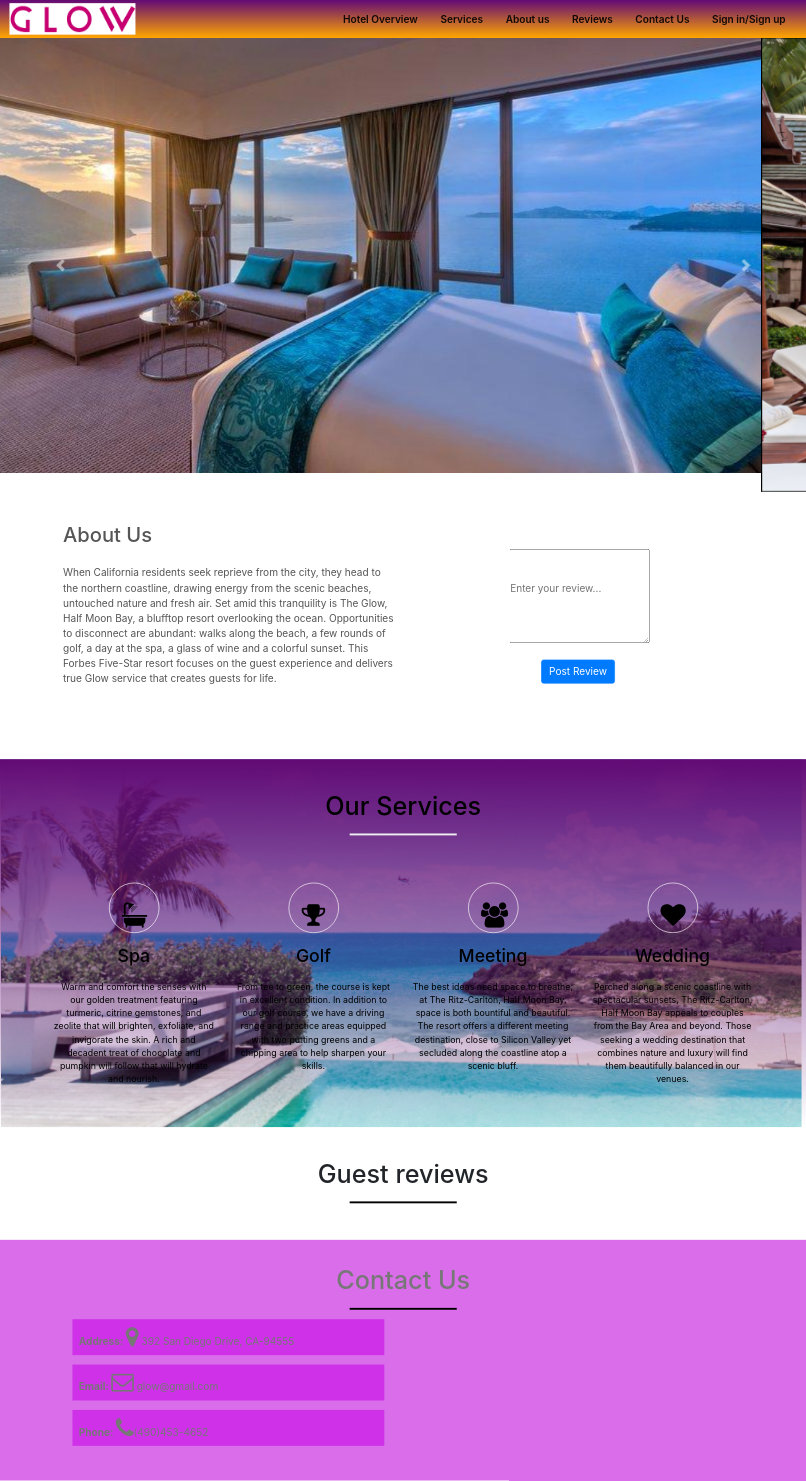
Repository: M-p1998/solo-dojo-project
Page: http://localhost/hotel/WEB-INF/hotel/home.jsp
An editor plug-in stored every save of this project. The page is shown before and after the next save, followed by the edit.
The browser window is 1280 px wide. The pictures show the whole page, at 63% of full size.
Backgrounds fixed to the window are drawn as part of the page. Some web libraries are served in a nearby version. The page is served by Tomcat 9. Nobody is signed in. Other server files are loaded and not shown. The template is opened directly, without the code that normally fills it, so the values that code supplies are empty.

Above is the page before, as saved 2022-02-13 20:04:44.

### hotel/src/main/webapp/WEB-INF/hotel/home.jsp
<%@ page language="java" contentType="text/html; charset=UTF-8"
	pageEncoding="UTF-8"%>
<%@ taglib prefix="c" uri="http://java.sun.com/jsp/jstl/core"%>
<%@ taglib prefix="form" uri="http://www.springframework.org/tags/form"%>
<!DOCTYPE html>
<html>
<head>
<meta charset="UTF-8">

<link href="/css/home.css" rel="stylesheet" type="text/css">
<link rel="stylesheet"
	href="https://stackpath.bootstrapcdn.com/bootstrap/4.3.1/css/bootstrap.min.css">
<script src="https://code.jquery.com/jquery-3.2.1.slim.min.js"></script>
<script
	src="https://cdnjs.cloudflare.com/ajax/libs/popper.js/1.12.9/umd/popper.min.js"></script>
<script
	src="https://maxcdn.bootstrapcdn.com/bootstrap/4.0.0/js/bootstrap.min.js"></script>
<link rel="stylesheet"
	href="https://stackpath.bootstrapcdn.com/font-awesome/4.7.0/css/font-awesome.min.css">

<title>Hotel Glow</title>
</head>
<body>

	<section id="nav-bar">
		<nav class="navbar navbar-expand-lg navbar-light">
			<div class="container-fluid">
				<a class="navbar-brand" href="#"><img src="/image/hotelLogo.png"
					width="200" height="50"></a>

				<div class="collapse navbar-collapse" id="navbarNav">
					<ul class="navbar-nav ml-auto">
						<li class="nav-item active "><a class="nav-link" href="#">Hotel
								Overview</a></li>
						<li class="nav-item active "><a class="nav-link"
							href="#services">Services</a></li>
						<li class="nav-item active"><a class="nav-link" href="#about">About
								us</a></li>
						<li class="nav-item active"><a class="nav-link"
							href="#reviews">Reviews</a></li>
						<li class="nav-item active"><a class="nav-link"
							href="#contact">Contact Us</a></li>
						<li class="nav-item active"><a class="nav-link"
							href="/registration">Sign in/Sign up</a></li>
					</ul>
				</div>
			</div>
		</nav>
	</section>

	<div id="slider">
		<div id="headerSlider" class="carousel slide" data-ride="carousel">
			<ol class="carousel-indicators">
				<li data-target="#headerSlider" data-slide-to="0"></li>
				<li data-target="#headerSlider" data-slide-to="1"></li>
				<li data-target="#headerSlider" data-slide-to="2"></li>
			</ol>
			<div class="carousel-inner">
				<div class="carousel-item active">
					<img src="/image/img2.jpg" class="d-block w-100">
				</div>
				<div class="carousel-item">
					<img src="/image/img3.jpg" class="d-block w-100">
				</div>
				<div class="carousel-item">
					<img src="/image/h4.jpg" class="d-block w-100">
				</div>
			</div>
			<a class="carousel-control-prev" role="button" href="#headerSlider"
				data-slide="prev"> <span class="carousel-control-prev-icon"
				aria-hidden="true"></span> <span class="sr-only">Previous</span>
			</a> <a class="carousel-control-next" role="button" href="#headerSlider"
				data-slide="next"> <span class="carousel-control-next-icon"
				aria-hidden="true"></span> <span class="sr-only">Next</span>
			</a>
		</div>
	</div>

	<section id="about">
		<div class="container">
			<div class="d-flex">
				<div class="col-md-6">
					<h2>About Us</h2>
					<div class="about-content">When California residents seek
						reprieve from the city, they head to the northern coastline,
						drawing energy from the scenic beaches, untouched nature and fresh
						air. Set amid this tranquility is The Glow, Half Moon Bay, a
						blufftop resort overlooking the ocean. Opportunities to disconnect
						are abundant: walks along the beach, a few rounds of golf, a day
						at the spa, a glass of wine and a colorful sunset. This Forbes
						Five-Star resort focuses on the guest experience and delivers true
						Glow service that creates guests for life.</div>
				</div>
				<div class="col-md-4 text-center">
					<form:form action="/createReviews" method="post"
						modelAttribute="PostAReview">
						<form:label path="reviews"></form:label>
						<form:errors path="reviews" class="text-danger"
							style="font-size: 20px" />
						<form:textarea class="textarea" placeholder="Enter your review..."
							path="reviews" />
						<a href="/reviews"><button class="reviewBtn btn btn-primary">Post
								Review</button></a>
					</form:form>
				</div>
			</div>
		</div>
	</section>

	<!-- services -->
	<section id="services">
		<div class="container">
			<h1>Our Services</h1>
			<div class="row services">
				<div class="col-md-3 text-center">
					<div class="icon">
						<i class="fa fa-bath"></i>
					</div>
					<h3>Spa</h3>
					<p>Warm and comfort the senses with our golden treatment
						featuring turmeric, citrine gemstones, and zeolite that will
						brighten, exfoliate, and invigorate the skin. A rich and decadent
						treat of chocolate and pumpkin will follow that will hydrate and
						nourish.</p>
				</div>
				<div class="col-md-3 text-center">
					<div class="icon">
						<i class="fa fa-trophy"></i>
					</div>
					<h3>Golf</h3>
					<p>From tee to green, the course is kept in excellent
						condition. In addition to our golf course, we have a driving range
						and practice areas equipped with two putting greens and a chipping
						area to help sharpen your skills.</p>
				</div>
				<div class="col-md-3 text-center">
					<div class="icon">
						<i class="fa fa-users"></i>
					</div>
					<h3>Meeting</h3>
					<p>The best ideas need space to breathe; at The Ritz-Carlton,
						Half Moon Bay, space is both bountiful and beautiful. The resort
						offers a different meeting destination, close to Silicon Valley
						yet secluded along the coastline atop a scenic bluff.</p>
				</div>
				<div class="col-md-3 text-center">
					<div class="icon">
						<i class="fa fa-heart"></i>
					</div>
					<h3>Wedding</h3>
					<p>Perched along a scenic coastline with spectacular sunsets,
						The Ritz-Carlton, Half Moon Bay appeals to couples from the Bay
						Area and beyond. Those seeking a wedding destination that combines
						nature and luxury will find them beautifully balanced in our
						venues. </p>
				</div>
			</div>
		</div>
	</section>

	<section id="reviews">
		<h1>Guest reviews</h1>
		<div class="d-flex">
			<div class="hero">
				<div class="review-box">
					<div id="slide">
						<c:forEach items="${write}" var="review">
							<div class="card">
								<p>${review.reviews}</p>
							</div>
						</c:forEach>
					</div>

					<div class="sidebar">
						<img src="/image/up-arrow.png" id="upArrow"> <img
							src="/image/down-arrow.png" id="downArrow">
					</div>
				</div>


			</div>
		</div>
	</section>

	<section id="contact">
		<div class="container">
			<h1>Contact Us</h1>
			<div class="col-md-6 contact-info">
				<div class="follow">
					<b>Address: </b> <i class="fa fa-map-marker"
						style="font-size: 36px"></i> 392 San Diego Drive, CA-94555
				</div>
				<div class="follow">
					<b>Email: </b> <i class="fa fa-envelope-o" style="font-size: 36px"></i>
					glow@gmail.com
				</div>
				<div class="follow">
					<b>Phone: </b> <i class="fa fa-phone" style="font-size: 36px"></i>(490)453-4652
				</div>
			</div>
		</div>
	</section>

	<script
		src="https://cdnjs.cloudflare.com/ajax/libs/jquery/3.6.0/jquery.min.js"></script>
	<script src="/js/main.js"></script>

	<script>
		var slide = document.getElementById("slide");
		var upArrow = document.getElementById("upArrow");
		var downArrow = document.getElementById("downArrow");

		let x = 0;

		upArrow.onclick = function() {
			if (x > "-4000") {
				x = x - 300;
				slide.style.top = x + "px";
			}
		}

		downArrow.onclick = function() {
			if (x < 0) {
				x = x + 300;
				slide.style.top = x + "px";
			}
		}
	</script>

</body>
</html>

### hotel/src/main/webapp/css/home.css
@charset "UTF-8";

*{
	margin: 0;
	padding: 0;


}

body{
	font-family: sans-serif;
}

#nav-bar{
	position: sticky;
	top: 0;
	z-index: 10;

}

.navbar{
	background-image: linear-gradient(rgba(98, 10, 117),  rgba(0,0,255,0));
	padding: 0!important;
	background-color: orange;
}

.navbar-nav li{
	padding: 0 10px;
}

.navbar-nav li a{
	color: black;
	font-weight: 600;
	float: right;
	text-align: left;
}

#nav-bar ul li a:hover{
	color: orange !important;
}

.fa-bars{
	color: #fff;
	font-size: 30px !important;
}

.navbar-toggler{
	outline: none !important;
}

/*-----about --------*/
#about{
	padding-top:50px;
	padding-bottom: 50px;
	color: #555;
}

#about .btn{
	margin-top: 20px;
	margin-bottom: 30px;
}

.about-content{
	padding-top: 20px;

}

/* --- services ----*/
#services{
	background-image: linear-gradient(rgba(98, 10, 117), rgba(0,0,255,0)), url(/image/backimage.jpg);
	background-size: cover;
	background-position: center;
	color: black !important;
	background-attachment: fixed;
	padding-top: 50px;
	padding-bottom: 50px;
}

#services h1{
	text-align: center;
	color: black !important;
	padding-bottom: 10px;
}

#services h1::after{
	content: '';
	background: #efefef;
	display: block;
	height: 3px;
	width: 170px;
	margin: 20px auto 5px;
}

.services{
	margin-top: 40px;
}

.icon{
	font-size: 40px;
	margin: 20px auto;
	padding: 20px;
	height: 80px;
	width: 80px;
	border: 1px solid #fff;
	border-radius: 50%;
}

#services p{
	font-size: 14px;
	margin-top: 20px;
	color: black solid;

}
.services .col-md-3:hover{
	background: pink;
	cursor: pointer;
	transition: 0.7s;
}

#reviews{
	padding-top: 50px;
	padding-bottom: 50px;

}

#reviews h1{
	text-align: center;

}
#reviews h1::after{
	content: '';
	background: Black;
	display: block;
	height: 3px;
	width: 170px;
	margin: 20px auto 5px;
}

#reviews .row{
	margin-top: 30px;

}

.col-md-4{
	margin: 40px auto;
}

.profile{
	padding: 40px 10px 10px;
	background-color: #efefef;
}
.profile h3{
	font-size: 20px;
	margin-top: 15px;
	color: orange;
}

#reviews span{
	font-size: 12px;
	color: #333;
}

blockquote{
	font-size: 16px;
	line-height: 30px;
}
.profile:hover{
	box-shadow: 0 0 15px 5px rgba(0,0,0,0.2);
	cursor: pointer;
	transition: 0.5s;
}

/* contact us  */

#contact h1{
	text-align: center;

}
#contact h1::after{
	content: '';
	background: Black;
	display: block;
	height: 3px;
	width: 170px;
	margin: 20px auto 5px;
}
#contact{
	background: rgb(217, 109, 234) ;
	padding-top: 40px;
	padding-bottom: 40px;
	color: #777;
}

.follow{
	background: #CE31E8;
	padding: 10px;
	margin: 15px;
}

/* q::before{
	content: '\93';
	font-size: 50px;
	color: #007bff;
	position: relative;
	line-height:20px;
	bottom: -15px;
	right: 5px;
}

q::after{
	content: '\94';
	font-size: 50px;
	color: #007bff;
	position: relative;
	line-height:20px;
	bottom: -15px;
	left: 5px;
} */

/* .skills-bar p{
	margin-bottom: 6px;
	font-weight: 600;
}

.progress-bar{
	border-radius: 16px;

}
.progress{
	border-radius: 16px !important;
	margin-bottom: 20px;
} */
/*--------------*/
/* #slider{
	width: 100%;
} */
/* .carousel-caption{
	top: 50%;
	transform: translateY(-50%);
	bottom: initial!important;
} */

### hotel/src/main/webapp/js/main.js

var indexValue= 1;
showImg(indexValue);

function side_slide(e){
	showImg(indexValue += e);
}
function showImg(e){
	var i;
	const img = document.querySelectorAll('img');
	if(e > img.length){
		indexValue = 1
	}
	if(e < 1){
		indexValue = img.length
	}
	for(i = 0; i<img.length; i++){
		img[i].style.display = "none";
	}
	img[indexValue - 1].style.display = "block";
}

After the next save:
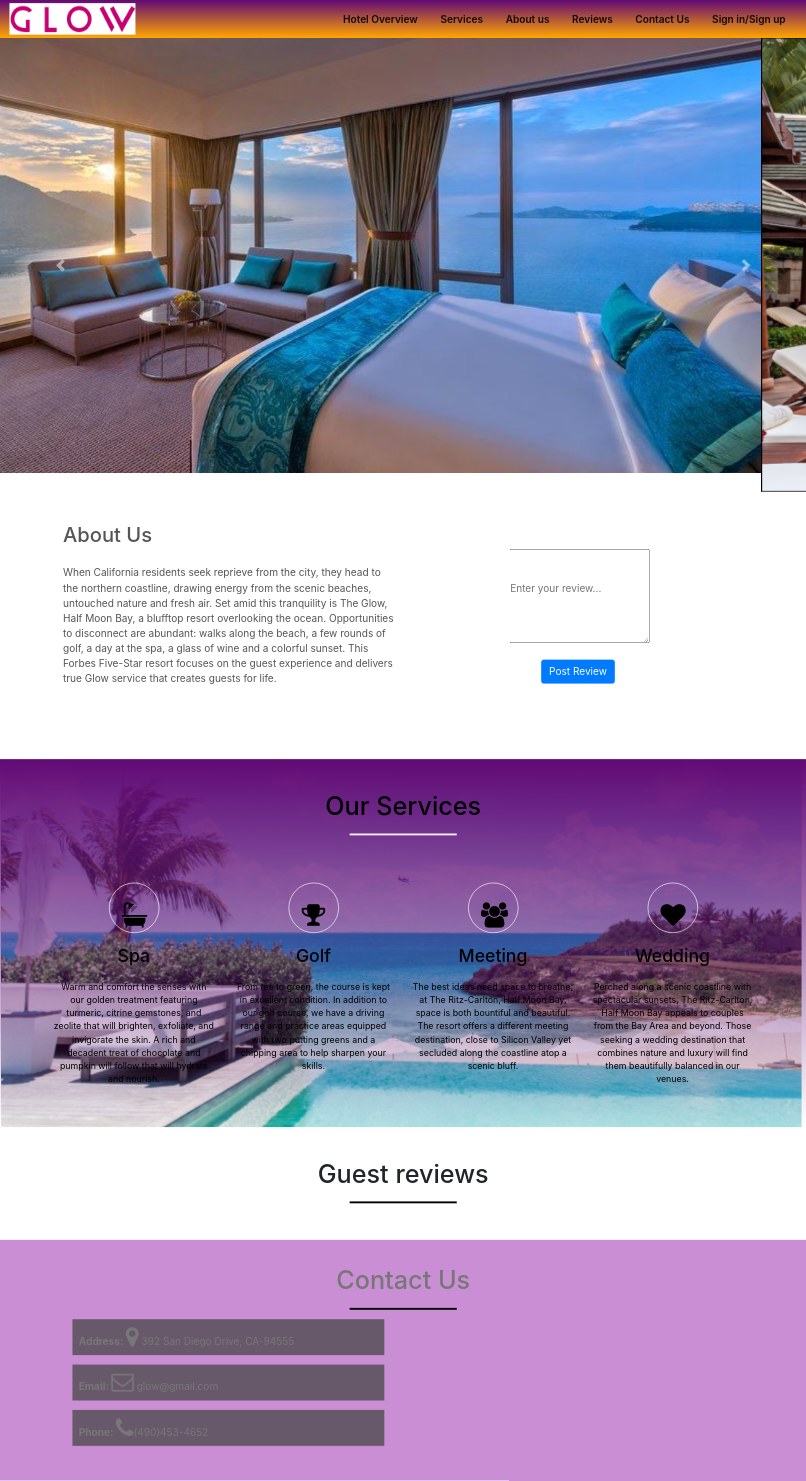
Saved 73 s later.
--- a/hotel/src/main/webapp/css/home.css
+++ b/hotel/src/main/webapp/css/home.css
@@ -185,14 +185,14 @@ blockquote{
 	margin: 20px auto 5px;
 }
 #contact{
-	background: rgb(217, 109, 234) ;
+	background: rgb(201, 142, 211) ;
 	padding-top: 40px;
 	padding-bottom: 40px;
 	color: #777;
 }
 
 .follow{
-	background: #CE31E8;
+	background: rgb(104, 89, 106);
 	padding: 10px;
 	margin: 15px;
 }
